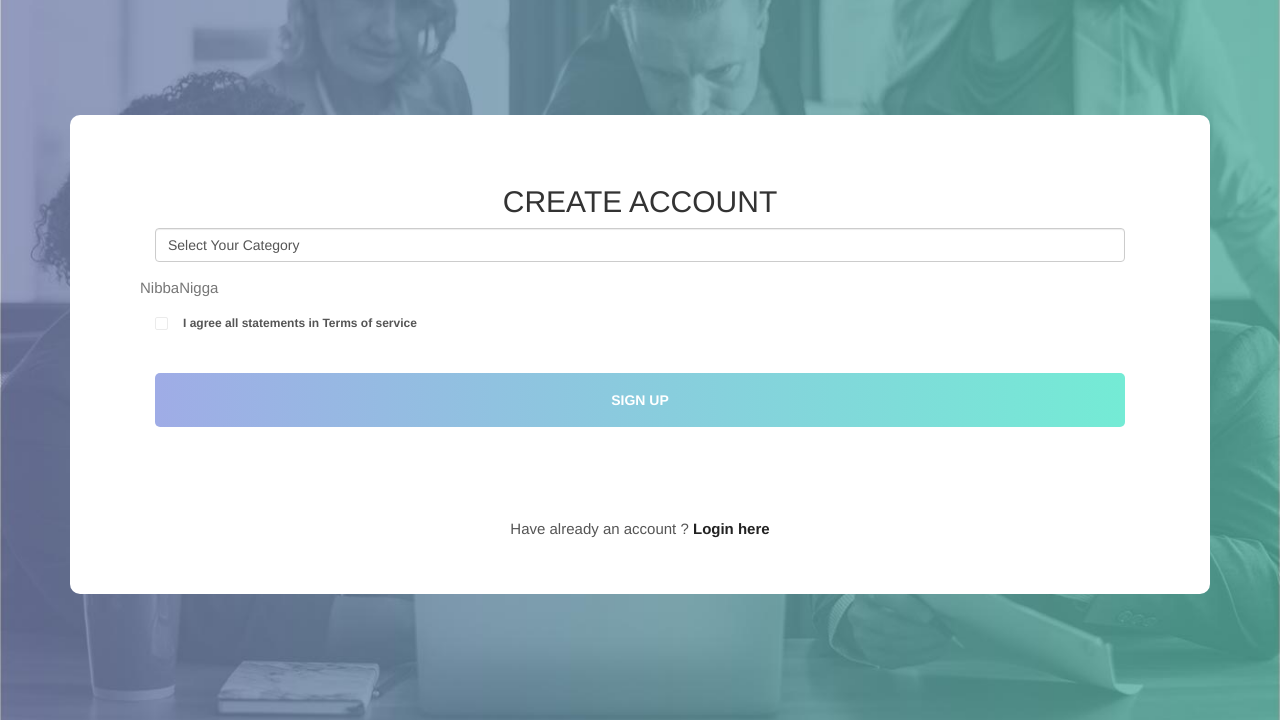
Repository: zainbt/Career_Bridge
Page: static/register/register.html
These files come from the project's save history. The page is drawn as it stood at one moment and after the next save; the edit follows.
The browser window is 1280 px wide. The pictures show the whole page.

Above is the page before, as saved 2019-11-18 18:16:01.

### static/register/register.html
<!DOCTYPE html>
<html lang="en">

<head>
    <meta charset="UTF-8">
    <meta name="viewport" content="width=device-width, initial-scale=1.0">
    <meta http-equiv="X-UA-Compatible" content="ie=edge">
    <title>Sign Up Form by Colorlib</title>

    <!-- Font Icon -->
    <link rel="stylesheet" href="fonts/material-icon/css/material-design-iconic-font.min.css">

    <!-- Main css -->
    <link rel="stylesheet" href="css/style.css">
    <link rel="stylesheet" href="https://maxcdn.bootstrapcdn.com/bootstrap/3.4.0/css/bootstrap.min.css">

</head>

<body>

    <div class="main">

        <section class="signup">
            <!-- <img src="images/signup-bg.jpg" alt=""> -->
            <div class="container">
                <div class="signup-content">
                    <form method="POST" id="signup-form" class="signup-form">
                        <h2 class="form-title">Create account</h2>
                        <div class="form-group">
                            <select class="form-control">
                                <option>Select Your Category</option>
                                <option>Company</option>
                                <option>University</option>
                            </select>
                        </div>
                        <div class="row">
                            <div class="col">
                                <p>Nibba</p>
                            </div>

                            <div class="col">
                                <p>Nigga</p>
                            </div>
                        </div>
                        <div class="form-group">
                            <input type="checkbox" name="agree-term" id="agree-term" class="agree-term" />
                            <label for="agree-term" class="label-agree-term"><span><span></span></span>I agree all statements in  <a href="#" class="term-service">Terms of service</a></label>
                        </div>
                        <div class="form-group">
                            <input type="submit" name="submit" id="submit" class="form-submit" value="Sign up" />
                        </div>
                    </form>
                    <p class="loginhere">
                        Have already an account ? <a href="signUp.html" class="loginhere-link">Login here</a>
                    </p>

                    <!--
                    <div class="form-group">
                            <input type="text" class="form-input" name="name" id="name" placeholder="Name" />
                        </div>
                        <div class="form-group">
                            <input type="number" class="form-input" name="number" id="name" placeholder="Phone Number" />
                        </div>
                        <div class="form-group">
                            <input type="url" class="form-input" name="website" id="name" placeholder="Website" />
                        </div>
                        <div class="form-group">
                            <input type="email" class="form-input" name="email" id="email" placeholder="Email" />
                        </div>
                        <div class="form-group">
                            <input type="password" class="form-input" name="password" id="password" placeholder="Password" />
                            <span toggle="#password" class="zmdi zmdi-eye field-icon toggle-password"></span>
                        </div>
                        <div class="form-group">
                            <input type="password" class="form-input" name="re_password" id="re_password" placeholder="Confirm Password" />
                        </div>
                    -->


                </div>
            </div>
        </section>

    </div>

    <!-- JS -->
    <script src="vendor/jquery/jquery.min.js"></script>
    <script src="js/main.js"></script>
</body>
<!-- This templates was made by Colorlib (https://colorlib.com) -->

</html>

### static/register/css/style.css
.row {
    display: flex;
}


/* @extend display-flex; */

display-flex,
.display-flex,
.display-flex-center {
    display: flex;
    display: -webkit-flex;
}


/* @extend list-type-ulli; */

list-type-ulli {
    list-style-type: none;
    margin: 0;
    padding: 0;
}


/* Montserrat-300 - latin */

@font-face {
    font-family: 'Montserrat';
    font-style: normal;
    font-weight: 300;
    src: url("../fonts/montserrat/Montserrat-Light.ttf");
    /* IE9 Compat Modes */
}

@font-face {
    font-family: 'Montserrat';
    font-style: normal;
    font-weight: 400;
    src: url("../fonts/montserrat/Montserrat-Regular.ttf");
    /* IE9 Compat Modes */
}

@font-face {
    font-family: 'Montserrat';
    font-style: italic;
    font-weight: 400;
    src: url("../fonts/montserrat/Montserrat-Italic.ttf");
    /* IE9 Compat Modes */
}

@font-face {
    font-family: 'Montserrat';
    font-style: normal;
    font-weight: 500;
    src: url("../fonts/montserrat/Montserrat-Medium.ttf");
    /* IE9 Compat Modes */
}

@font-face {
    font-family: 'Montserrat';
    font-style: normal;
    font-weight: 600;
    src: url("../fonts/montserrat/Montserrat-SemiBold.ttf");
    /* IE9 Compat Modes */
}

@font-face {
    font-family: 'Montserrat';
    font-style: normal;
    font-weight: 700;
    src: url("../fonts/montserrat/Montserrat-Bold.ttf");
    /* IE9 Compat Modes */
}

@font-face {
    font-family: 'Montserrat';
    font-style: italic;
    font-weight: 700;
    src: url("../fonts/montserrat/Montserrat-BoldItalic.ttf");
    /* IE9 Compat Modes */
}

@font-face {
    font-family: 'Montserrat';
    font-style: italic;
    font-weight: 900;
    src: url("../fonts/montserrat/montserrat-v12-latin-900.ttf"), url("../fonts/montserrat/montserrat-v12-latin-900.eot") format("embedded-opentype"), url("../fonts/montserrat/montserrat-v12-latin-900.svg") format("woff2"), url("../fonts/montserrat/montserrat-v12-latin-900.woff") format("woff"), url("../fonts/montserrat/montserrat-v12-latin-900.woff2") format("truetype");
}

a:focus,
a:active {
    text-decoration: none;
    outline: none;
    transition: all 300ms ease 0s;
    -moz-transition: all 300ms ease 0s;
    -webkit-transition: all 300ms ease 0s;
    -o-transition: all 300ms ease 0s;
    -ms-transition: all 300ms ease 0s;
}

input,
select,
textarea {
    outline: none;
    appearance: unset !important;
    -moz-appearance: unset !important;
    -webkit-appearance: unset !important;
    -o-appearance: unset !important;
    -ms-appearance: unset !important;
}

input::-webkit-outer-spin-button,
input::-webkit-inner-spin-button {
    appearance: none !important;
    -moz-appearance: none !important;
    -webkit-appearance: none !important;
    -o-appearance: none !important;
    -ms-appearance: none !important;
    margin: 0;
}

input:focus,
select:focus,
textarea:focus {
    outline: none;
    box-shadow: none !important;
    -moz-box-shadow: none !important;
    -webkit-box-shadow: none !important;
    -o-box-shadow: none !important;
    -ms-box-shadow: none !important;
}

input[type=checkbox] {
    appearance: checkbox !important;
    -moz-appearance: checkbox !important;
    -webkit-appearance: checkbox !important;
    -o-appearance: checkbox !important;
    -ms-appearance: checkbox !important;
}

input[type=radio] {
    appearance: radio !important;
    -moz-appearance: radio !important;
    -webkit-appearance: radio !important;
    -o-appearance: radio !important;
    -ms-appearance: radio !important;
}

img {
    max-width: 100%;
    height: auto;
}

figure {
    margin: 0;
}

p {
    margin-bottom: 0px;
    font-size: 15px;
    color: #777;
}

h2 {
    line-height: 1.66;
    margin: 0;
    padding: 0;
    font-weight: 900;
    color: #222;
    font-family: 'Montserrat';
    font-size: 24px;
    text-transform: uppercase;
    text-align: center;
    margin-bottom: 40px;
}

.clear {
    clear: both;
}

body {
    font-size: 14px;
    line-height: 1.8;
    color: #222;
    font-weight: 400;
    font-family: 'Montserrat';
    background-image: url("../images/signup-bg.jpg");
    background-repeat: no-repeat;
    background-size: cover;
    -moz-background-size: cover;
    -webkit-background-size: cover;
    -o-background-size: cover;
    -ms-background-size: cover;
    background-position: center center;
    padding: 115px 0;
}

.container {
    width: 660px;
    position: relative;
    margin: 0 auto;
}

.display-flex {
    justify-content: space-between;
    -moz-justify-content: space-between;
    -webkit-justify-content: space-between;
    -o-justify-content: space-between;
    -ms-justify-content: space-between;
    align-items: center;
    -moz-align-items: center;
    -webkit-align-items: center;
    -o-align-items: center;
    -ms-align-items: center;
}

.display-flex-center {
    justify-content: center;
    -moz-justify-content: center;
    -webkit-justify-content: center;
    -o-justify-content: center;
    -ms-justify-content: center;
    align-items: center;
    -moz-align-items: center;
    -webkit-align-items: center;
    -o-align-items: center;
    -ms-align-items: center;
}

.position-center {
    position: absolute;
    top: 50%;
    left: 50%;
    transform: translate(-50%, -50%);
    -moz-transform: translate(-50%, -50%);
    -webkit-transform: translate(-50%, -50%);
    -o-transform: translate(-50%, -50%);
    -ms-transform: translate(-50%, -50%);
}

.signup-content {
    background: #fff;
    border-radius: 10px;
    -moz-border-radius: 10px;
    -webkit-border-radius: 10px;
    -o-border-radius: 10px;
    -ms-border-radius: 10px;
    padding: 50px 85px;
}

.form-group {
    overflow: hidden;
    margin-bottom: 20px;
}

.form-input {
    width: 100%;
    border: 1px solid #ebebeb;
    border-radius: 5px;
    -moz-border-radius: 5px;
    -webkit-border-radius: 5px;
    -o-border-radius: 5px;
    -ms-border-radius: 5px;
    padding: 17px 20px;
    box-sizing: border-box;
    font-size: 14px;
    font-weight: 500;
    color: #222;
}

.form-input::-webkit-input-placeholder {
    color: #999;
}

.form-input::-moz-placeholder {
    color: #999;
}

.form-input:-ms-input-placeholder {
    color: #999;
}

.form-input:-moz-placeholder {
    color: #999;
}

.form-input::-webkit-input-placeholder {
    font-weight: 500;
}

.form-input::-moz-placeholder {
    font-weight: 500;
}

.form-input:-ms-input-placeholder {
    font-weight: 500;
}

.form-input:-moz-placeholder {
    font-weight: 500;
}

.form-input:focus {
    border: 1px solid transparent;
    -webkit-border-image-source: -webkit-linear-gradient(to right, #9face6, #74ebd5);
    -moz-border-image-source: -moz-linear-gradient(to right, #9face6, #74ebd5);
    -o-border-image-source: -o-linear-gradient(to right, #9face6, #74ebd5);
    border-image-source: linear-gradient(to right, #9face6, #74ebd5);
    -webkit-border-image-slice: 1;
    border-image-slice: 1;
    border-radius: 5px;
    -moz-border-radius: 5px;
    -webkit-border-radius: 5px;
    -o-border-radius: 5px;
    -ms-border-radius: 5px;
    background-origin: border-box;
    background-clip: content-box, border-box;
}

.form-input:focus::-webkit-input-placeholder {
    color: #222;
}

.form-input:focus::-moz-placeholder {
    color: #222;
}

.form-input:focus:-ms-input-placeholder {
    color: #222;
}

.form-input:focus:-moz-placeholder {
    color: #222;
}

.form-submit {
    width: 100%;
    border-radius: 5px;
    -moz-border-radius: 5px;
    -webkit-border-radius: 5px;
    -o-border-radius: 5px;
    -ms-border-radius: 5px;
    padding: 17px 20px;
    box-sizing: border-box;
    font-size: 14px;
    font-weight: 700;
    color: #fff;
    text-transform: uppercase;
    border: none;
    background-image: -moz-linear-gradient(to left, #74ebd5, #9face6);
    background-image: -ms-linear-gradient(to left, #74ebd5, #9face6);
    background-image: -o-linear-gradient(to left, #74ebd5, #9face6);
    background-image: -webkit-linear-gradient(to left, #74ebd5, #9face6);
    background-image: linear-gradient(to left, #74ebd5, #9face6);
}

input[type=checkbox]:not(old) {
    width: 2em;
    margin: 0;
    padding: 0;
    font-size: 1em;
    display: none;
}

input[type=checkbox]:not(old)+label {
    display: inline-block;
    margin-top: 7px;
    margin-bottom: 25px;
}

input[type=checkbox]:not(old)+label>span {
    display: inline-block;
    width: 13px;
    height: 13px;
    margin-right: 15px;
    margin-bottom: 3px;
    border: 1px solid #ebebeb;
    border-radius: 2px;
    -moz-border-radius: 2px;
    -webkit-border-radius: 2px;
    -o-border-radius: 2px;
    -ms-border-radius: 2px;
    background: white;
    background-image: -moz-linear-gradient(white, white);
    background-image: -ms-linear-gradient(white, white);
    background-image: -o-linear-gradient(white, white);
    background-image: -webkit-linear-gradient(white, white);
    background-image: linear-gradient(white, white);
    vertical-align: bottom;
}

input[type=checkbox]:not(old):checked+label>span {
    background-image: -moz-linear-gradient(white, white);
    background-image: -ms-linear-gradient(white, white);
    background-image: -o-linear-gradient(white, white);
    background-image: -webkit-linear-gradient(white, white);
    background-image: linear-gradient(white, white);
}

input[type=checkbox]:not(old):checked+label>span:before {
    content: '\f26b';
    display: block;
    color: #222;
    font-size: 11px;
    line-height: 1.2;
    text-align: center;
    font-family: 'Material-Design-Iconic-Font';
    font-weight: bold;
}

.label-agree-term {
    font-size: 12px;
    font-weight: 600;
    color: #555;
}

.term-service {
    color: #555;
}

.loginhere {
    color: #555;
    font-weight: 500;
    text-align: center;
    margin-top: 91px;
    margin-bottom: 5px;
}

.loginhere-link {
    font-weight: 700;
    color: #222;
}

.field-icon {
    float: right;
    margin-right: 17px;
    margin-top: -32px;
    position: relative;
    z-index: 2;
    color: #555;
}

@media screen and (max-width: 768px) {
    .container {
        width: calc(100% - 40px);
        max-width: 100%;
    }
}

@media screen and (max-width: 480px) {
    .signup-content {
        padding: 50px 25px;
    }
}


/*# sourceMappingURL=style.css.map */

Loaded but not shown: static/register/fonts/material-icon/css/material-design-iconic-font.min.css (library); static/register/vendor/jquery/jquery.min.js (library); static/register/js/main.js (common file)

After the next save:
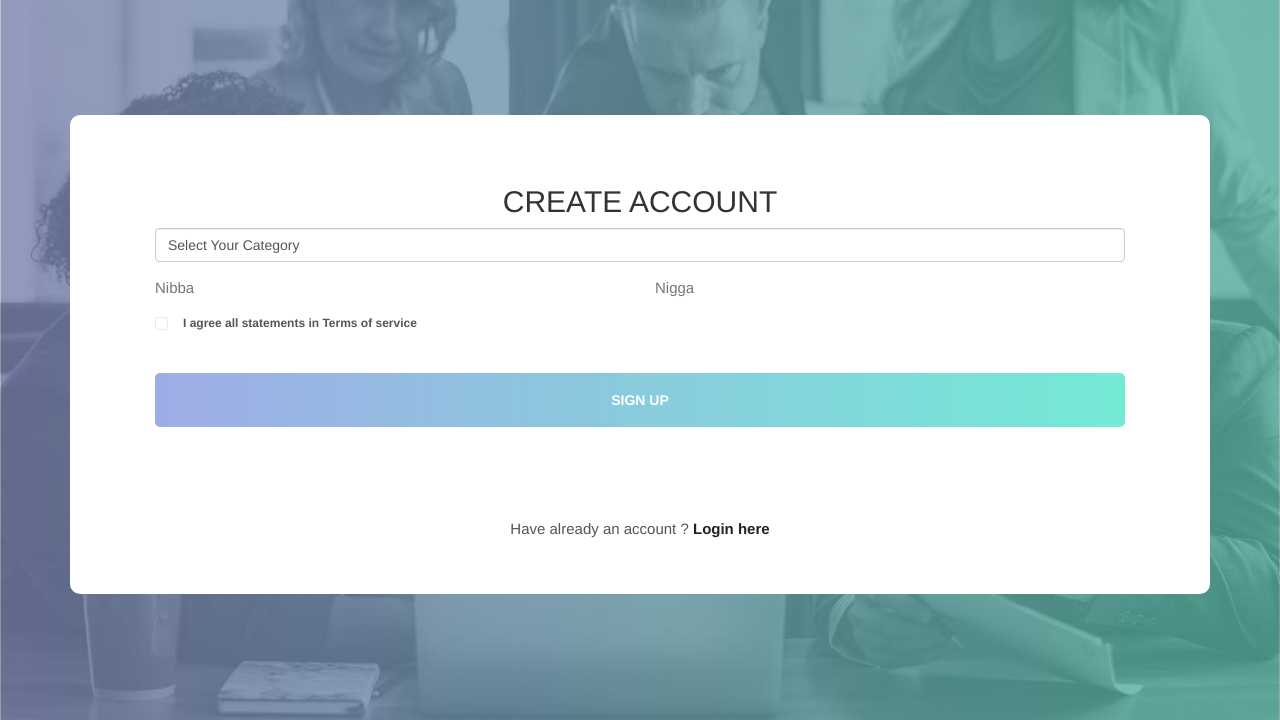
Saved 57 s later.
--- a/static/register/register.html
+++ b/static/register/register.html
@@ -34,11 +34,11 @@
                             </select>
                         </div>
                         <div class="row">
-                            <div class="col">
+                            <div class="col-md-6">
                                 <p>Nibba</p>
                             </div>
 
-                            <div class="col">
+                            <div class="col-md-6">
                                 <p>Nigga</p>
                             </div>
                         </div>
